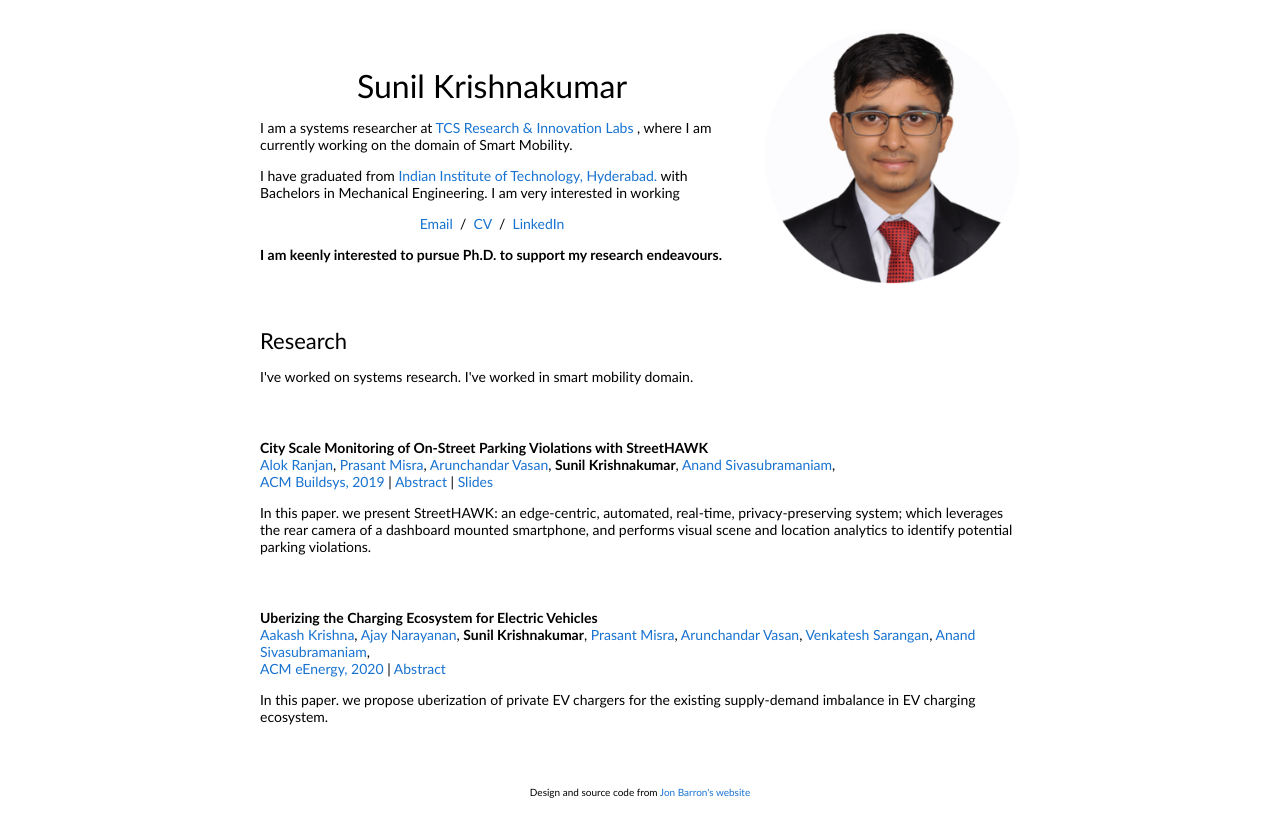
Repository: Sunil-KK/-
Page: index.html
An editor plug-in stored every save of this project. The page is shown before and after the next save, followed by the edit.
The browser window is 1280 px wide. The pictures show the whole page.

Above is the page before, as saved 2020-09-02 11:45:11.

### index.html
<!DOCTYPE HTML>
<html lang="en"><head><meta http-equiv="Content-Type" content="text/html; charset=UTF-8">
  <!-- Hi, Jon Here. Please DELETE the two <script> tags below if you use this HTML, otherwise my analytics will track your page -->
  <!-- Global site tag (gtag.js) - Google Analytics -->
  <script async src="https://www.googletagmanager.com/gtag/js?id=UA-7580334-2"></script>
  <script>
    window.dataLayer = window.dataLayer || [];
    function gtag(){dataLayer.push(arguments);}
    gtag('js', new Date());

    gtag('config', 'UA-7580334-2');
  </script>

  <title>Sunil Krishnakumar</title>

  <meta name="author" content="Sunil Krishnakumar">
  <meta name="viewport" content="width=device-width, initial-scale=1">

  <link rel="stylesheet" type="text/css" href="stylesheet.css">
  <link rel="icon" type="image/png" href="images/seal_icon.png">
</head>

<body>
  <table style="width:100%;max-width:800px;border:0px;border-spacing:0px;border-collapse:separate;margin-right:auto;margin-left:auto;"><tbody>
    <tr style="padding:0px">
      <td style="padding:0px">
        <table style="width:100%;border:0px;border-spacing:0px;border-collapse:separate;margin-right:auto;margin-left:auto;"><tbody>
          <tr style="padding:0px">
            <td style="padding:2.5%;width:63%;vertical-align:middle">
              <p style="text-align:center">
                <name>Sunil Krishnakumar</name>
              </p>
              <p>I am a systems researcher at <a href="https://www.tcs.com/research-and-innovation">TCS Research & Innovation Labs </a>, where I am currently working
                 on the domain of Smart Mobility.
              </p>
              <p>
                I have graduated from <a href="https://mae.iith.ac.in/">Indian Institute of Technology, Hyderabad.</a> with Bachelors in Mechanical Engineering.
                I am very interested in working
              </p>
              <p style="text-align:center">
                <a href="mailto:komadamsunil96@gmail.com">Email</a> &nbsp/&nbsp
                <a href="data/Sunil_CV.pdf.pdf">CV</a> &nbsp/&nbsp
                <!-- <a href="data/JonBarron-bio.txt">LinkedI</a> &nbsp/&nbsp -->
                <!-- <a href="https://scholar.google.com/citations?hl=en&user=jktWnL8AAAAJ">Google Scholar</a> &nbsp/&nbsp -->
                <a href="https://www.linkedin.com/in/sunilkrishnakumar/">LinkedIn</a>
                <!-- <a href="https://twitter.com/jon_barron">Twitter</a> -->
              </p>
            <strong>I am keenly interested to pursue Ph.D. to support my research endeavours.</strong>
            </td>
            <td style="padding:2.5%;width:40%;max-width:40%">
              <a href="images/ID.jpg"><img style="width:100%;max-width:100%" alt="profile photo" src="images/Sunil_circle.png" class="hoverZoomLink"></a>
            </td>
          </tr>
        </tbody></table>
        <table style="width:100%;border:0px;border-spacing:0px;border-collapse:separate;margin-right:auto;margin-left:auto;"><tbody>
            <tr>
            <td style="padding:20px;width:100%;vertical-align:middle">
              <heading>Research</heading>
              <p>
                I've worked on systems research. I've worked in smart mobility domain.
                <!-- Representative papers are <span class="highlight">highlighted</span>. -->
              </p>
            </td>
          </tr>
        </tbody></table>
        <table style="width:100%;border:0px;border-spacing:0px;border-collapse:separate;margin-right:auto;margin-left:auto;"><tbody>


            </td>
            <td style="padding:20px;width:75%;vertical-align:middle">
              <strong>City Scale Monitoring of On-Street Parking Violations with StreetHAWK</strong>
              <br>
              <a href="https://sites.google.com/view/alok-ranjan/home">Alok Ranjan</a>,
              <a href="https://sites.google.com/site/prasantmisra">Prasant Misra</a>,
              <a href="https://www.linkedin.com/in/arun-vasan/">Arunchandar Vasan</a>,
              <strong>Sunil Krishnakumar</strong>,
              <a href="http://www.cse.psu.edu/~axs53/">Anand Sivasubramaniam</a>,
              <br>
              <!-- <em>ACM Buildsys</em>, 2019   -->
              <!-- <br> -->
              <a href="https://dl.acm.org/doi/proceedings/10.1145/3360322">ACM Buildsys, 2019</a> |
              <a href="https://dl.acm.org/doi/10.1145/3360322.3360841"">Abstract</a> |
              <a href="data/2019-buildsys-streethawk-abridged.pdf">Slides</a>
              <p></p>
              <p>In this paper. we present StreetHAWK: an edge-centric, automated, real-time, privacy-preserving system;
                 which leverages the rear camera of a dashboard mounted smartphone, and performs visual scene and location
                 analytics to identify potential parking violations. </p>
            </td>
          </tr>


        </td>
        <td style="padding:20px;width:75%;vertical-align:middle">
          <strong>Uberizing the Charging Ecosystem for Electric Vehicles</strong>
          <br>
          <a href="https://aakashsasikumar.github.io/">Aakash Krishna</a>,
          <a href="https://www.researchgate.net/profile/Ajay_Narayanan4">Ajay Narayanan</a>,
          <strong>Sunil Krishnakumar</strong>,
          <a href="https://sites.google.com/site/prasantmisra">Prasant Misra</a>,
          <a href="https://www.linkedin.com/in/arun-vasan/">Arunchandar Vasan</a>,
          <a href="https://www.linkedin.com/in/venkatesh-sarangan-429a4168/">Venkatesh Sarangan</a>,
          <a href="http://www.cse.psu.edu/~axs53/">Anand Sivasubramaniam</a>,
          <br>
          <!-- <em>ACM Buildsys</em>, 2019   -->
          <!-- <br> -->
          <a href="https://dl.acm.org/doi/proceedings/10.1145/3396851">ACM eEnergy, 2020</a> |
          <a href="https://doi.org/10.1145/3396851.3397758">Abstract</a>
          <!-- <a href="data/2019-buildsys-streethawk-abridged.pdf">Slides</a> -->
          <p></p>
          <p>In this paper. we propose uberization of private EV chargers for the existing supply-demand imbalance
             in EV charging ecosystem. </p>
        </td>
      </tr>

        <table style="width:100%;border:0px;border-spacing:0px;border-collapse:separate;margin-right:auto;margin-left:auto;"><tbody>
          <tr>
            <td style="padding:0px">
              <br>
              <p style="text-align:center;font-size: 10px;">
                Design and source code from <a href="https://github.com/jonbarron/jonbarron_website"style="font-size: 10px ">Jon Barron's website</a>
                <br>
              </p>
            </td>
          </tr>
        </tbody></table>
      </td>
    </tr>
  </table>
</body>

</html>

### stylesheet.css
/* latin-ext */
@font-face {
  font-family: 'Lato';
  font-style: italic;
  font-weight: 400;
  src: local('Lato Italic'), local('Lato-Italic'), url(https://fonts.gstatic.com/s/lato/v15/S6u8w4BMUTPHjxsAUi-qNiXg7eU0.woff2) format('woff2');
  unicode-range: U+0100-024F, U+0259, U+1E00-1EFF, U+2020, U+20A0-20AB, U+20AD-20CF, U+2113, U+2C60-2C7F, U+A720-A7FF;
}
/* latin */
@font-face {
  font-family: 'Lato';
  font-style: italic;
  font-weight: 400;
  src: local('Lato Italic'), local('Lato-Italic'), url(https://fonts.gstatic.com/s/lato/v15/S6u8w4BMUTPHjxsAXC-qNiXg7Q.woff2) format('woff2');
  unicode-range: U+0000-00FF, U+0131, U+0152-0153, U+02BB-02BC, U+02C6, U+02DA, U+02DC, U+2000-206F, U+2074, U+20AC, U+2122, U+2191, U+2193, U+2212, U+2215, U+FEFF, U+FFFD;
}
/* latin-ext */
@font-face {
  font-family: 'Lato';
  font-style: italic;
  font-weight: 700;
  src: local('Lato Bold Italic'), local('Lato-BoldItalic'), url(https://fonts.gstatic.com/s/lato/v15/S6u_w4BMUTPHjxsI5wq_FQftx9897sxZ.woff2) format('woff2');
  unicode-range: U+0100-024F, U+0259, U+1E00-1EFF, U+2020, U+20A0-20AB, U+20AD-20CF, U+2113, U+2C60-2C7F, U+A720-A7FF;
}
/* latin */
@font-face {
  font-family: 'Lato';
  font-style: italic;
  font-weight: 700;
  src: local('Lato Bold Italic'), local('Lato-BoldItalic'), url(https://fonts.gstatic.com/s/lato/v15/S6u_w4BMUTPHjxsI5wq_Gwftx9897g.woff2) format('woff2');
  unicode-range: U+0000-00FF, U+0131, U+0152-0153, U+02BB-02BC, U+02C6, U+02DA, U+02DC, U+2000-206F, U+2074, U+20AC, U+2122, U+2191, U+2193, U+2212, U+2215, U+FEFF, U+FFFD;
}
/* latin-ext */
@font-face {
  font-family: 'Lato';
  font-style: normal;
  font-weight: 400;
  src: local('Lato Regular'), local('Lato-Regular'), url(https://fonts.gstatic.com/s/lato/v15/S6uyw4BMUTPHjxAwXiWtFCfQ7A.woff2) format('woff2');
  unicode-range: U+0100-024F, U+0259, U+1E00-1EFF, U+2020, U+20A0-20AB, U+20AD-20CF, U+2113, U+2C60-2C7F, U+A720-A7FF;
}
/* latin */
@font-face {
  font-family: 'Lato';
  font-style: normal;
  font-weight: 400;
  src: local('Lato Regular'), local('Lato-Regular'), url(https://fonts.gstatic.com/s/lato/v15/S6uyw4BMUTPHjx4wXiWtFCc.woff2) format('woff2');
  unicode-range: U+0000-00FF, U+0131, U+0152-0153, U+02BB-02BC, U+02C6, U+02DA, U+02DC, U+2000-206F, U+2074, U+20AC, U+2122, U+2191, U+2193, U+2212, U+2215, U+FEFF, U+FFFD;
}
/* latin-ext */
@font-face {
  font-family: 'Lato';
  font-style: normal;
  font-weight: 700;
  src: local('Lato Bold'), local('Lato-Bold'), url(https://fonts.gstatic.com/s/lato/v15/S6u9w4BMUTPHh6UVSwaPGQ3q5d0N7w.woff2) format('woff2');
  unicode-range: U+0100-024F, U+0259, U+1E00-1EFF, U+2020, U+20A0-20AB, U+20AD-20CF, U+2113, U+2C60-2C7F, U+A720-A7FF;
}
/* latin */
@font-face {
  font-family: 'Lato';
  font-style: normal;
  font-weight: 700;
  src: local('Lato Bold'), local('Lato-Bold'), url(https://fonts.gstatic.com/s/lato/v15/S6u9w4BMUTPHh6UVSwiPGQ3q5d0.woff2) format('woff2');
  unicode-range: U+0000-00FF, U+0131, U+0152-0153, U+02BB-02BC, U+02C6, U+02DA, U+02DC, U+2000-206F, U+2074, U+20AC, U+2122, U+2191, U+2193, U+2212, U+2215, U+FEFF, U+FFFD;
}

a {
  color: #1772d0;
  text-decoration: none;
}

a:focus,
a:hover {
  color: #f09228;
  text-decoration: none;
}

body,
td,
th,
tr,
p,
a {
  font-family: 'Lato', Verdana, Helvetica, sans-serif;
  font-size: 14px
}

strong {
  font-family: 'Lato', Verdana, Helvetica, sans-serif;
  font-size: 14px;
}

heading {
  font-family: 'Lato', Verdana, Helvetica, sans-serif;
  font-size: 22px;
}

papertitle {
  font-family: 'Lato', Verdana, Helvetica, sans-serif;
  font-size: 14px;
  font-weight: 700
}

name {
  font-family: 'Lato', Verdana, Helvetica, sans-serif;
  font-size: 32px;
}

.one {
  width: 160px;
  height: 160px;
  position: relative;
}

.two {
  width: 160px;
  height: 160px;
  position: absolute;
  transition: opacity .2s ease-in-out;
  -moz-transition: opacity .2s ease-in-out;
  -webkit-transition: opacity .2s ease-in-out;
}

.fade {
  transition: opacity .2s ease-in-out;
  -moz-transition: opacity .2s ease-in-out;
  -webkit-transition: opacity .2s ease-in-out;
}

span.highlight {
  background-color: #ffffd0;
}

After the next save:
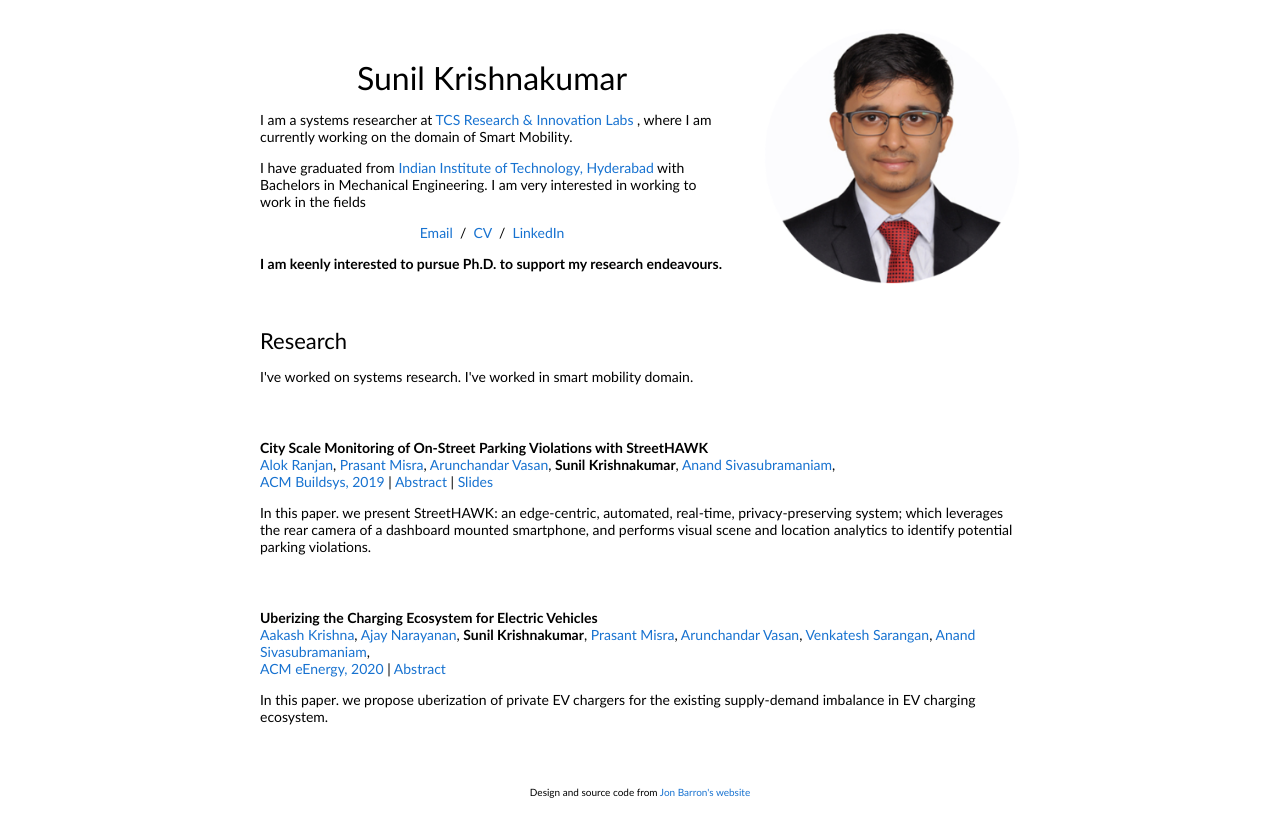
Saved 6 min 38 s later.
--- a/index.html
+++ b/index.html
@@ -34,8 +34,8 @@
                  on the domain of Smart Mobility.
               </p>
               <p>
-                I have graduated from <a href="https://mae.iith.ac.in/">Indian Institute of Technology, Hyderabad.</a> with Bachelors in Mechanical Engineering.
-                I am very interested in working
+                I have graduated from <a href="https://mae.iith.ac.in/">Indian Institute of Technology, Hyderabad</a> with Bachelors in Mechanical Engineering.
+                I am very interested in working to work in the fields
               </p>
               <p style="text-align:center">
                 <a href="mailto:komadamsunil96@gmail.com">Email</a> &nbsp/&nbsp
